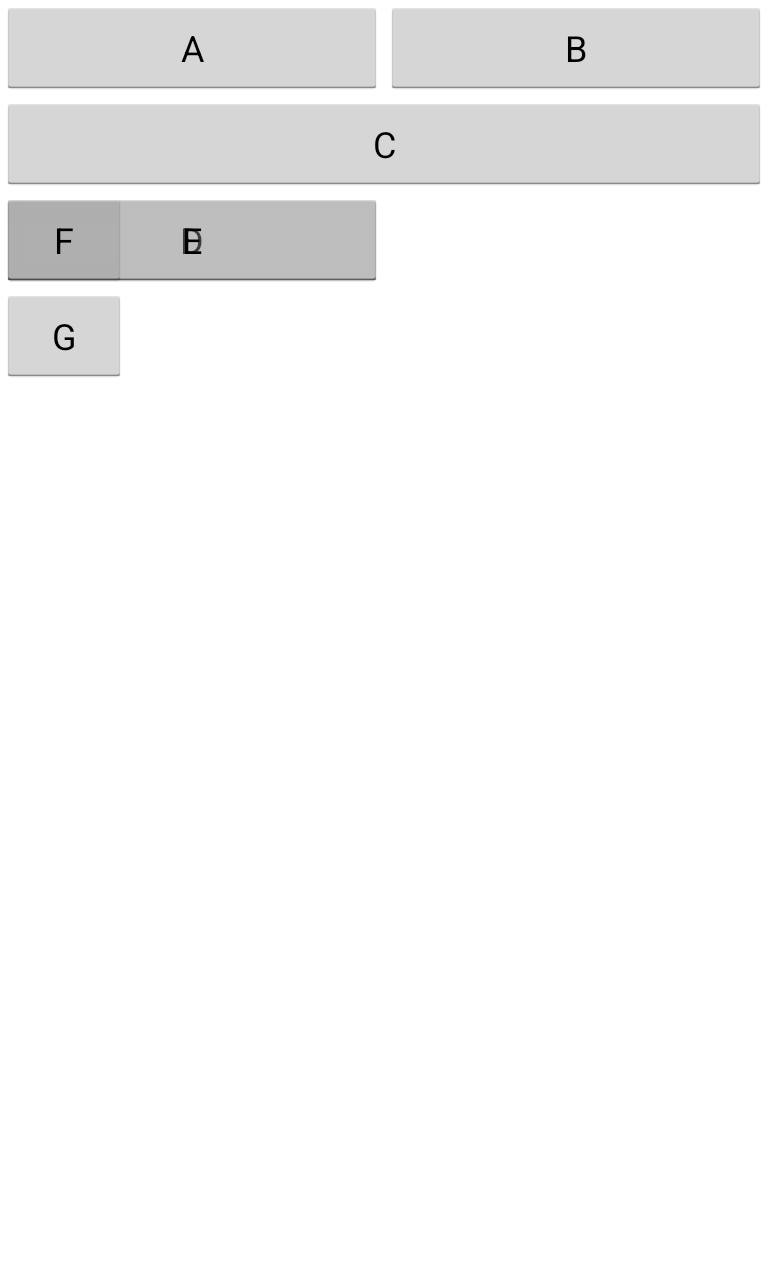
Repository: iracom/ejercicios-android
Layout: Layouts/res/layout/activity_relative.xml
These files come from the project's save history. The layout is drawn as it stood at one moment and after the next save; the edit follows.
It is drawn on a 768 x 1280 px phone screen (xhdpi) without system bars, with theme AppTheme; the app's code is not run.

Above is the layout before, as saved 2014-05-07 07:45:37.

### Layouts/res/layout/activity_relative.xml
<RelativeLayout xmlns:android="http://schemas.android.com/apk/res/android"
    xmlns:tools="http://schemas.android.com/tools"
    android:id="@+id/container"
    android:layout_width="match_parent"
    android:layout_height="match_parent"
    tools:context="com.iraitzcompains.layouts.RelativeActivity"
    tools:ignore="MergeRootFrame" >

    <TextView
        android:id="@+id/textView1"
        android:layout_width="wrap_content"
        android:layout_height="wrap_content"
        android:layout_centerInParent="true" />

    <Button
        android:id="@+id/button1"
        android:layout_width="match_parent"
        android:layout_height="wrap_content"
        android:layout_alignRight="@id/textView1"
        android:text="@string/button_a" />

    <Button
        android:id="@+id/button2"
        android:layout_width="match_parent"
        android:layout_height="wrap_content"
        android:layout_alignLeft="@id/textView1"
        android:text="@string/button_b" />

    <Button
        android:id="@+id/button3"
        android:layout_width="wrap_content"
        android:layout_height="wrap_content"
        android:layout_alignParentLeft="true"
        android:layout_alignParentRight="true"
        android:layout_centerHorizontal="true"
        android:layout_below="@id/button1"
        android:text="@string/button_c" />

    <TextView
        android:id="@+id/textView2"
        android:layout_width="wrap_content"
        android:layout_height="wrap_content"
        android:layout_below="@id/button3"
        android:layout_centerInParent="true"/>

    <Button
        android:id="@+id/button4"
        android:layout_width="match_parent"
        android:layout_height="wrap_content"
        android:layout_alignRight="@id/textView2"
        android:layout_below="@id/button3"
        android:text="@string/button_d" />

    <Button
        android:id="@+id/button5"
        android:layout_width="match_parent"
        android:layout_height="wrap_content"
        android:layout_alignRight="@id/textView2"
        android:layout_below="@id/button3"
        android:text="@string/button_e" />

    <LinearLayout
        android:layout_width="wrap_content"
        android:layout_height="wrap_content"
        android:layout_alignParentBottom="true"
        android:layout_alignParentLeft="true"
        android:layout_below="@+id/button3"
        android:orientation="vertical" >

        <Button
            android:id="@+id/button6"
            android:layout_width="match_parent"
            android:layout_height="wrap_content"
            android:text="@string/button_f" />

        <Button
            android:id="@+id/button7"
            android:layout_width="match_parent"
            android:layout_height="wrap_content"
            android:text="@string/button_g" />

    </LinearLayout>

</RelativeLayout>

### Layouts/res/values/strings.xml
<?xml version="1.0" encoding="utf-8"?>
<resources>

    <string name="app_name">Layouts</string>
    <string name="hello_world">Hello world!</string>
    <string name="action_settings">Settings</string>
    <string name="button_a">A</string>
    <string name="button_b">B</string>
    <string name="button_c">C</string>
    <string name="button_d">D</string>
    <string name="button_e">E</string>
    <string name="button_f">F</string>
    <string name="button_g">G</string>
    <string name="button_h">H</string>
    <string name="button_i">I</string>
    <string name="title_activity_relative">RelativeActivity</string>

</resources>

Loaded but not shown: Layouts/res/values/styles.xml (common file); Layouts/res/values-v11/styles.xml (common file); Layouts/res/values-v14/styles.xml (common file)

After the next save:
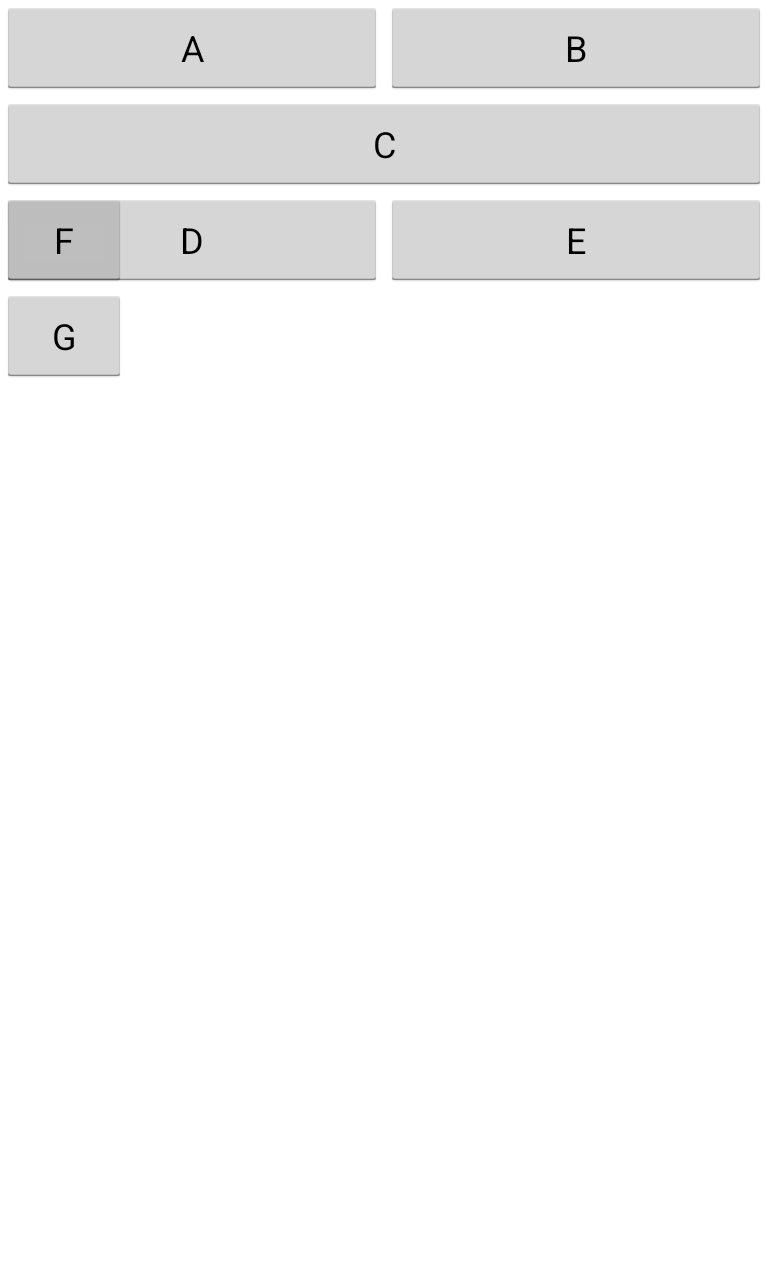
Saved 37 s later.
--- a/Layouts/res/layout/activity_relative.xml
+++ b/Layouts/res/layout/activity_relative.xml
@@ -55,7 +55,7 @@
         android:id="@+id/button5"
         android:layout_width="match_parent"
         android:layout_height="wrap_content"
-        android:layout_alignRight="@id/textView2"
+        android:layout_alignLeft="@id/textView2"
         android:layout_below="@id/button3"
         android:text="@string/button_e" />
 
